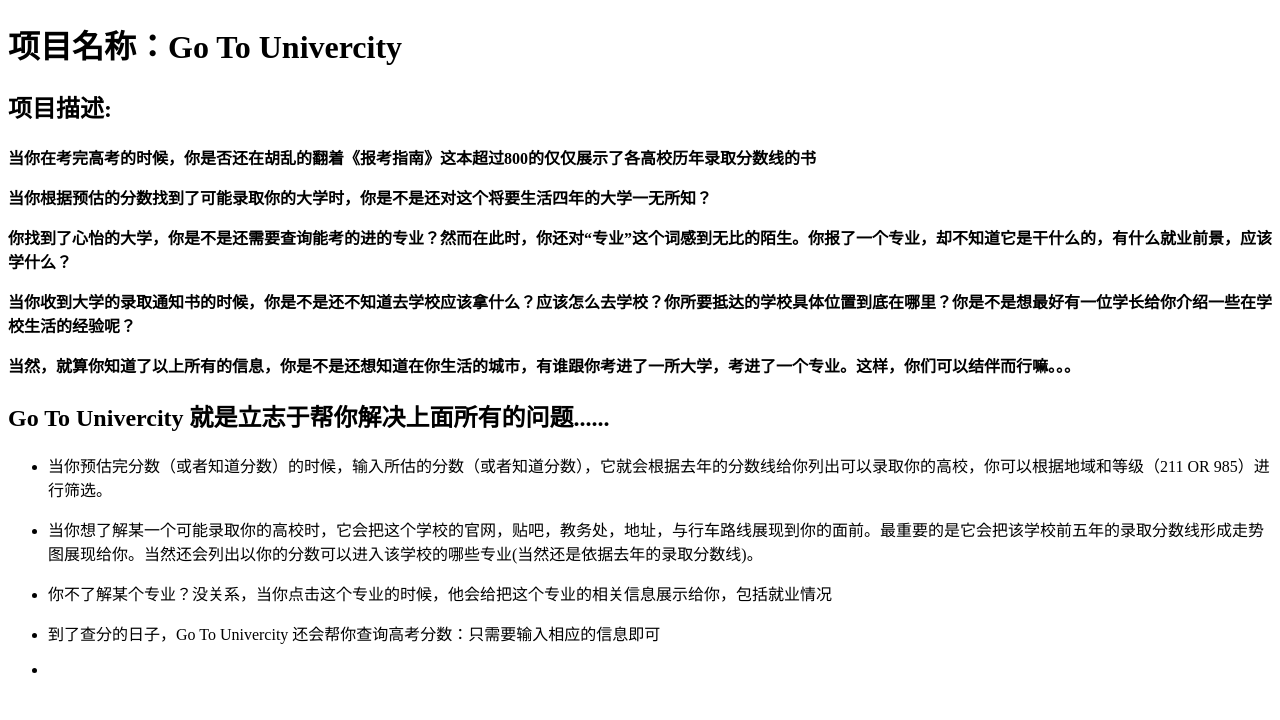
Repository: SUT-GC/GoToUnivercity
Page: http://localhost/GoToUniversity/ideasource/idea.jsp
These files come from the project's save history. The page is drawn as it stood at one moment and after the next save; the edit follows.
The browser window is 1280 px wide. The pictures show the whole page.
The page is served by Tomcat 9. Nobody is signed in. The application's start-up code is not run.

Above is the page before, as saved 2015-11-16 11:11:47.

After the next save:
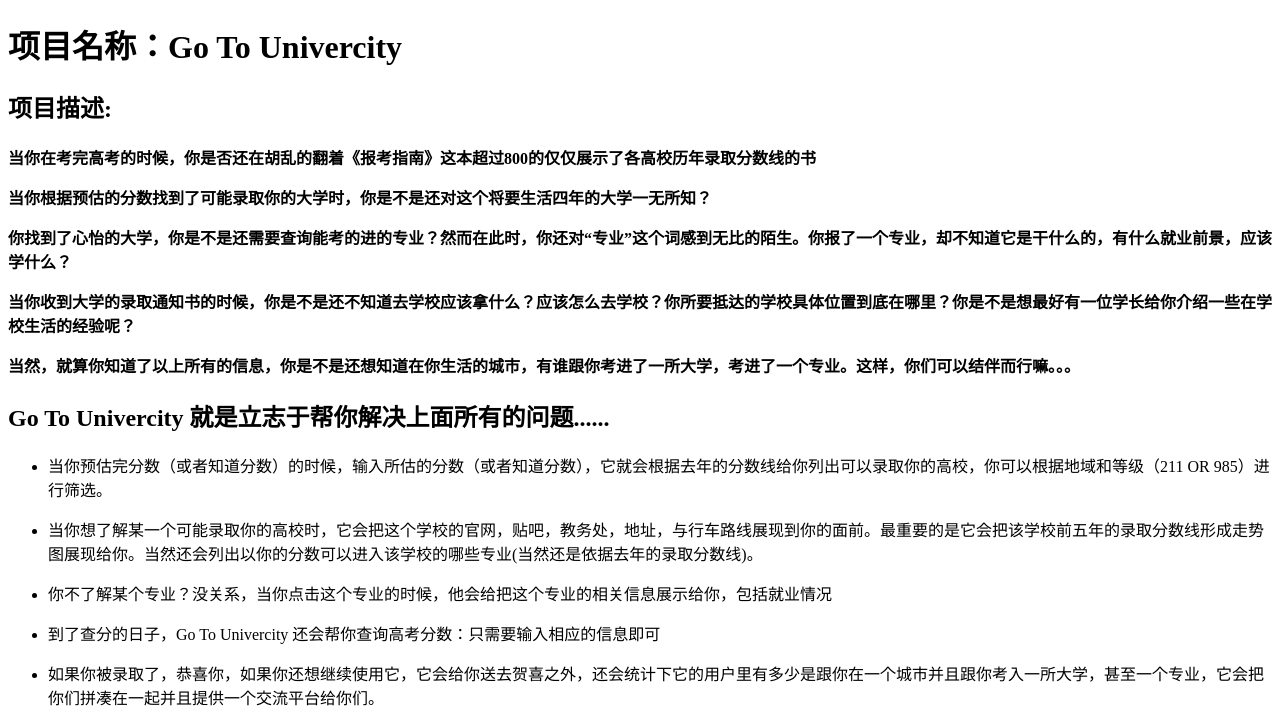
Saved 2 min 28 s later.
--- a/GoToUniversity/WebContent/ideasource/idea.jsp
+++ b/GoToUniversity/WebContent/ideasource/idea.jsp
@@ -29,7 +29,7 @@
 					<li><p>当你想了解某一个可能录取你的高校时，它会把这个学校的官网，贴吧，教务处，地址，与行车路线展现到你的面前。最重要的是它会把该学校前五年的录取分数线形成走势图展现给你。当然还会列出以你的分数可以进入该学校的哪些专业(当然还是依据去年的录取分数线)。</p></li>
 					<li><p>你不了解某个专业？没关系，当你点击这个专业的时候，他会给把这个专业的相关信息展示给你，包括就业情况</p></li>
 					<li><p>到了查分的日子，Go To Univercity 还会帮你查询高考分数：只需要输入相应的信息即可</p></li>
-					<li><p></p></li>
+					<li><p>如果你被录取了，恭喜你，如果你还想继续使用它，它会给你送去贺喜之外，还会统计下它的用户里有多少是跟你在一个城市并且跟你考入一所大学，甚至一个专业，它会把你们拼凑在一起并且提供一个交流平台给你们。</p></li>
 
 
 				</ul>
